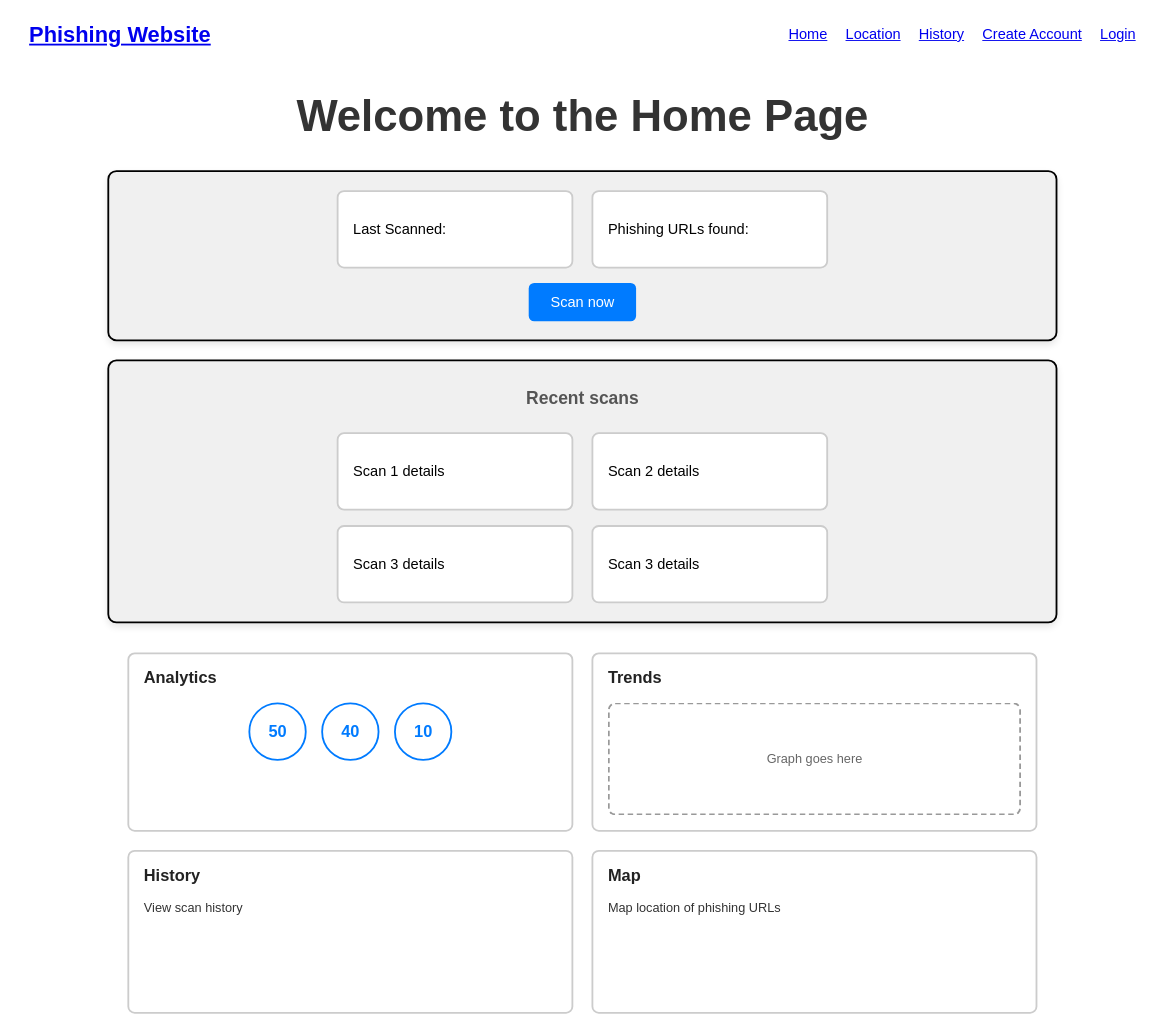
Repository: 2305199/Final-year-project
Page: / (app in frontend/)
The author's editor kept a copy of each file at every save. The page is drawn from the files as they stood at one save, then again after the next save.
The browser window is 1280 px wide. The pictures show the whole page, at 91% of full size.
The project was rebuilt for these pictures with package versions that can differ from the ones it lists, and the page was loaded fresh each time. Also part of the build but not shown: frontend/vite.config.js, frontend/src/Location/Location.jsx, frontend/src/History/History.jsx, frontend/src/User/CreateAccount.jsx, frontend/src/User/Login.jsx.

Above is the page before, as saved 2026-01-29 02:25:34.

### frontend/src/App.jsx
import { BrowserRouter as Router, Routes, Route } from 'react-router-dom';
import Home from './Home/Home.jsx'
import Location from './Location/Location.jsx'
import History from './History/History.jsx'
import CreateAccount from './User/CreateAccount.jsx'
import Login from './User/Login.jsx'
import Header from './components/Header.jsx'

function App() {

  return (
    <Router>
    <Header />
   <Routes>
      <Route path="/" element={<Home />} />
      <Route path="/location" element={<Location />} />
      <Route path="/history" element={<History />} />
      <Route path="/createAccount" element={<CreateAccount />} />
      <Route path="/login" element={<Login />} />
   </Routes>
    </Router>
  )
}

export default App

### frontend/src/Home/Home.jsx
import styles from './Home.module.css'
function Home() {
    return ( <div>
        <div className={styles.title}> <h1>Welcome to the Home Page</h1></div>


<div className={styles.Box}>
  <div className={styles.topRow}>
    <div className={styles.Lscanned}>
      <p>Last Scanned:</p>
    </div>

    <div className={styles.Pfound}>
      <p>Phishing URLs found:</p>
    </div>
  </div>

  <button className={styles.scanButton}>Scan now</button>
</div>



    <div className={styles.Box}>
        <h2 className={styles.title2}>Recent scans</h2>
        <div className={styles.recentScans}>
            <div className={styles.topRow}>
            <div className={styles.Lscanned}><p>Scan 1 details</p></div>
            <div className={styles.Lscanned}><p>Scan 2 details</p></div>
            </div>
            <div className={styles.topRow}>
            <div className={styles.Lscanned}><p>Scan 3 details</p></div>
             <div className={styles.Lscanned}><p>Scan 3 details</p></div>
             </div>
        </div>
    </div>
          {/* Lower dashboard blocks */}
      <section className={styles.section}>
        <div className={styles.bottomGrid}>

          {/* Analytics numbers */}
          <div className={styles.panel}>
            <h3 className={styles.panelTitle}>Analytics</h3>
            <div className={styles.analyticsCircles}>
              <div className={styles.circle}>50</div>
              <div className={styles.circle}>40</div>
              <div className={styles.circle}>10</div>
            </div>
          </div>

          {/* Chart placeholder */}
          <div className={styles.panel}>
            <h3 className={styles.panelTitle}>Trends</h3>
            <div className={styles.chartPlaceholder}>Graph goes here</div>
          </div>

          {/* History */}
          <div className={styles.panel}>
            <h3 className={styles.panelTitle}>History</h3>
            <div className={styles.panelBody}>View scan history</div>
          </div>

          {/* Map */}
          <div className={styles.panel}>
            <h3 className={styles.panelTitle}>Map</h3>
            <div className={styles.panelBody}>Map location of phishing URLs</div>
          </div>
        </div>
      </section>

    </div>)
}
export default Home

### frontend/src/components/Header.jsx
import styles from './Header.module.css'
function Header() {
    return (   <nav className={styles.navbar}>
      <h1 className={styles.logo}>
        <a href="/">Phishing Website</a>
      </h1>

      <ul className={styles.navLinks}>
        <li><a href="/">Home</a></li>
        <li><a href="/location">Location</a></li>
        <li><a href="/history">History</a></li>
        <li><a href="/createAccount">Create Account</a></li>
        <li><a href="/login">Login</a></li>
      </ul>
    </nav>)

}
export default Header

### frontend/src/Home/Home.module.css
/* Page title */
.title {
  text-align: center;
  font-size: 1.5rem;
  margin: 20px 0;
  color: #333;
  font-family: Arial, sans-serif;
}

/* Main card/box wrapper */
.Box {
  display: flex;
  flex-direction: column;
  align-items: center;
  justify-content: center;

  border: 2px solid #000;
  padding: 20px;
  margin: 20px auto;
  width: min(1000px, 92%);

  background-color: #f0f0f0;
  border-radius: 10px;
  box-shadow: 0 4px 8px rgba(0, 0, 0, 0.1);
  gap: 16px;
}

/* Row used for the two top stats + recent scan rows */
.topRow {
  display: flex;
  gap: 20px;
  align-items: stretch;
  justify-content: center;
  flex-wrap: wrap; /* stacks nicely on smaller screens */
  width: 100%;
}

/* Small stat cards (Last scanned / Phishing found / recent scan items) */
.Lscanned,
.Pfound {
  border: 2px solid #ccc;
  padding: 16px;
  border-radius: 8px;
  background-color: #fff;
  font-family: Arial, sans-serif;

  width: 260px;
  max-width: 100%;
  box-sizing: border-box;
}

/* Scan button */
.scanButton {
  padding: 12px 24px;
  font-size: 16px;
  background-color: #007bff;
  color: #fff;

  border: none;
  border-radius: 6px;
  cursor: pointer;
  transition: background-color 0.2s ease;
}

.scanButton:hover {
  background-color: #0056b3;
}

/* Recent scans wrapper */
.recentScans {
  width: 100%;
  display: flex;
  flex-direction: column;
  gap: 16px;
  font-family: Arial, Helvetica, sans-serif;
}

/* Lower dashboard section */
.section {
  margin-top: 32px;
  width: min(1000px, 92%);
  margin-left: auto;
  margin-right: auto;
}

/* 2x2 responsive grid for Analytics/Trends/History/Map */
.bottomGrid {
  display: grid;
  grid-template-columns: repeat(2, minmax(0, 1fr));
  gap: 20px;
}

@media (max-width: 700px) {
  .bottomGrid {
    grid-template-columns: 1fr;
  }
}

/* Panels */
.panel {
  border: 2px solid #ccc;
  border-radius: 8px;
  background-color: #fff;
  padding: 16px;
  min-height: 180px;
  box-sizing: border-box;
  font-family: Arial, Helvetica, sans-serif;
}

.panelTitle {
  margin: 0 0 16px;
  font-size: 18px;
  font-weight: 600;
  color: #222;
  font-family: Arial, sans-serif;
}

.analyticsCircles {
  display: flex;
  gap: 16px;
  flex-wrap: wrap;
  justify-content: center;
  font-family: Arial, Helvetica, sans-serif;
}

.circle {
  width: 60px;
  height: 60px;
  border-radius: 50%;
  border: 2px solid #007bff;

  display: flex;
  align-items: center;
  justify-content: center;

  font-size: 18px;
  font-weight: bold;
  color: #007bff;
}

.chartPlaceholder {
  height: 120px;
  border: 2px dashed #999;
  display: flex;
  align-items: center;
  justify-content: center;
  color: #666;
  font-size: 14px;
  border-radius: 8px;
  font-family: Arial, Helvetica, sans-serif;
}

.panelBody {
  font-size: 14px;
  color: #333;
  font-family: Arial, Helvetica, sans-serif;
}
.title2 {
  text-align: center;
  font-size: 1.2rem;
  margin: 10px 0;
  color: #555;
  font-family: Arial, sans-serif;
}

### frontend/src/components/Header.module.css
.navLinks {
  list-style: none;
  display: flex;
  gap: 20px;
  margin: 0;
  padding: 0;
}

.navbar {
  display: flex;
  justify-content: space-between;
  align-items: center;
  padding: 16px 24px;
  font-family: Arial, Helvetica, sans-serif;

}
.logo {
  margin: 0;
  font-size: 24px;
}

Loaded but not shown: frontend/index.html (common file); frontend/src/main.jsx (common file); frontend/src/index.css (no stored copy; drawn as an empty file)

After the next save:
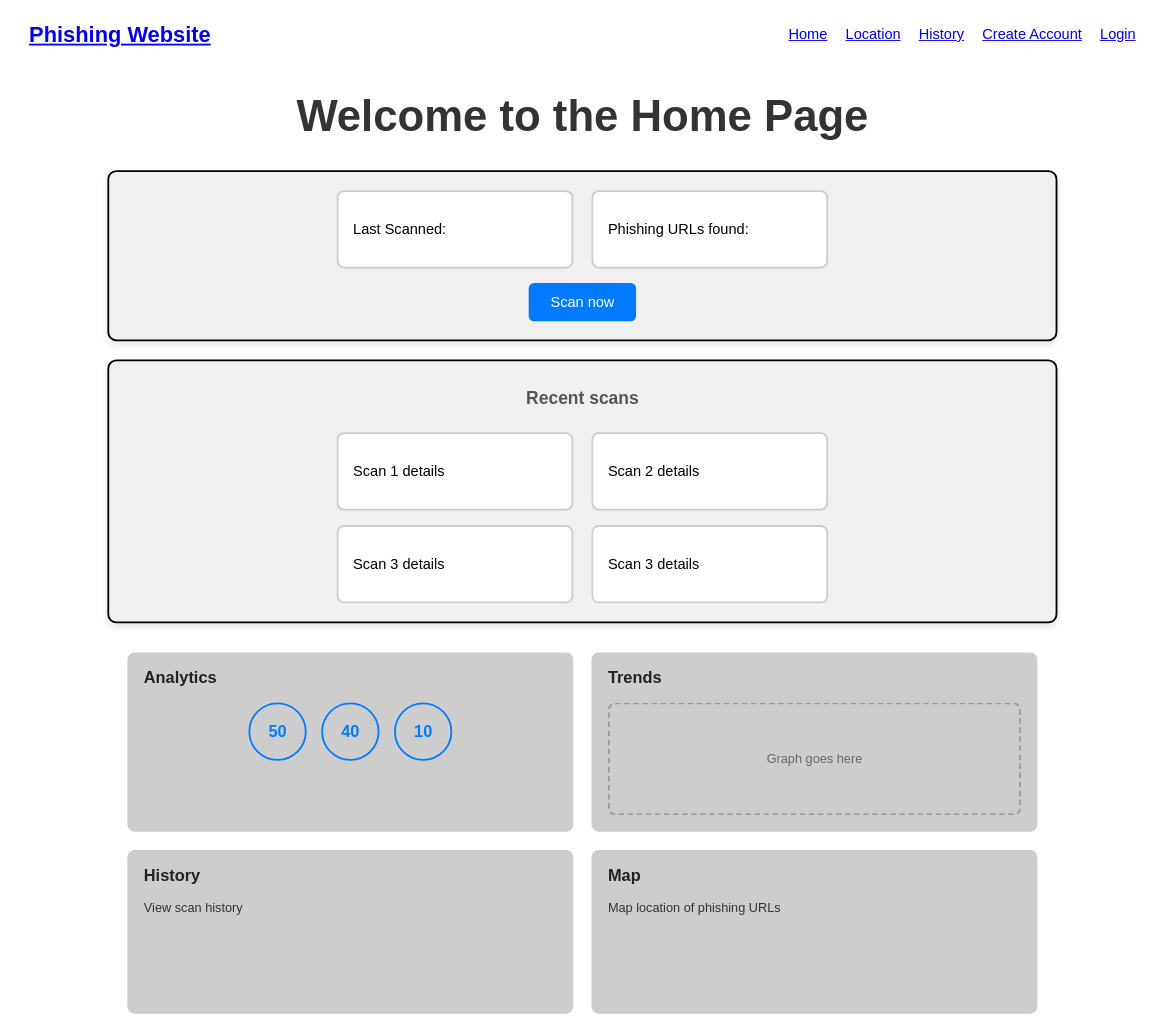
Saved 59 s later.
--- a/frontend/src/Home/Home.module.css
+++ b/frontend/src/Home/Home.module.css
@@ -100,7 +100,7 @@
 .panel {
   border: 2px solid #ccc;
   border-radius: 8px;
-  background-color: #fff;
+  background-color: #cdcdcd;
   padding: 16px;
   min-height: 180px;
   box-sizing: border-box;
